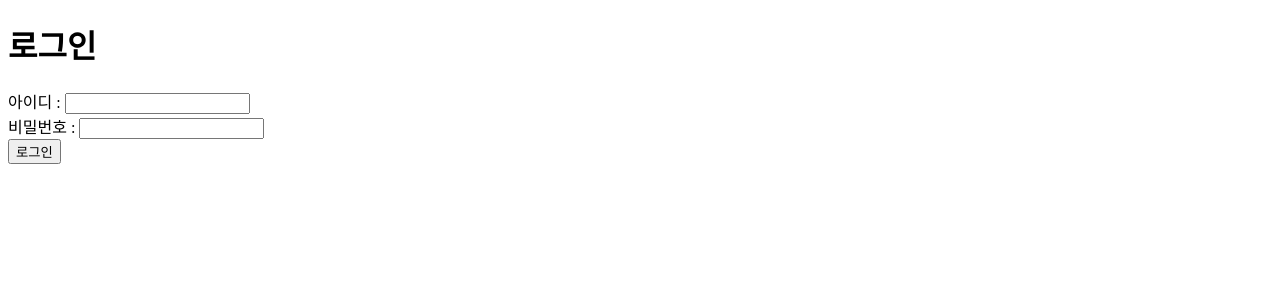
Repository: hynjin/SilverKeeper
Page: http://localhost/sk_server/connect.jsp
An editor plug-in stored every save of this project. The page is shown before and after the next save, followed by the edit.
The browser window is 1280 px wide. The pictures show the whole page.
The page is served by Tomcat 9. Other server files are loaded and not shown.

Above is the page before, as saved 2017-05-12 19:24:35.

### sk_tomcat/sk_server/WebContent/connect.jsp
<%@ page language="java" contentType="text/html; charset=UTF-8"
    pageEncoding="UTF-8"%>
<!DOCTYPE html PUBLIC "-//W3C//DTD HTML 4.01 Transitional//EN" "http://www.w3.org/TR/html4/loose.dtd">
<html>
<head>
<meta http-equiv="Content-Type" content="text/html; charset=UTF-8">
<title>Insert title here</title>
</head>
<body>
<h1>로그인 </h1>
<form action="receiveSilverData" method="post">
아이디 : <input type="text" name="id"/><br/>
비밀번호 : <input type="text" name="passwd"><br/>
<input type="submit" value="로그인"/>
</form>

</body>
</html>

After the next save:
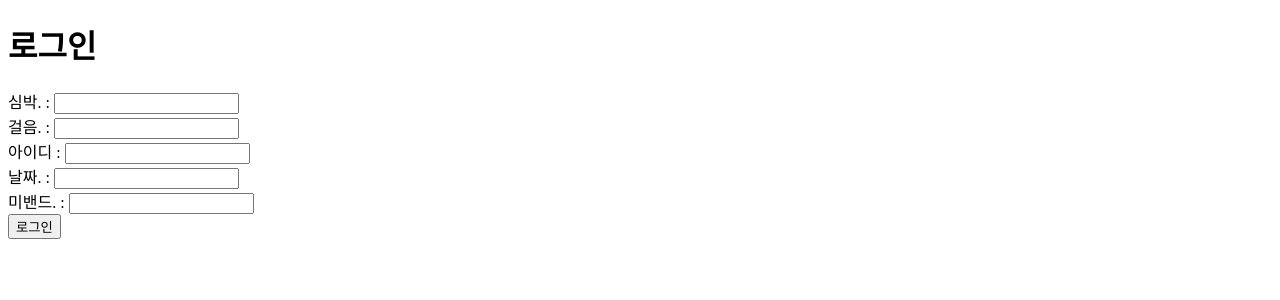
Saved 4 min 27 s later.
--- a/sk_tomcat/sk_server/WebContent/connect.jsp
+++ b/sk_tomcat/sk_server/WebContent/connect.jsp
@@ -9,8 +9,11 @@
 <body>
 <h1>로그인 </h1>
 <form action="receiveSilverData" method="post">
-아이디 : <input type="text" name="id"/><br/>
-비밀번호 : <input type="text" name="passwd"><br/>
+심박. : <input type="text" name="heartRate"/><br/>
+걸음. : <input type="text" name="walkCount"><br/>
+아이디 : <input type="text" name="identifyNumber"/><br/>
+날짜. : <input type="text" name="currentTime"><br/>
+미밴드. : <input type="text" name="checkMiBand"/><br/>
 <input type="submit" value="로그인"/>
 </form>
 
